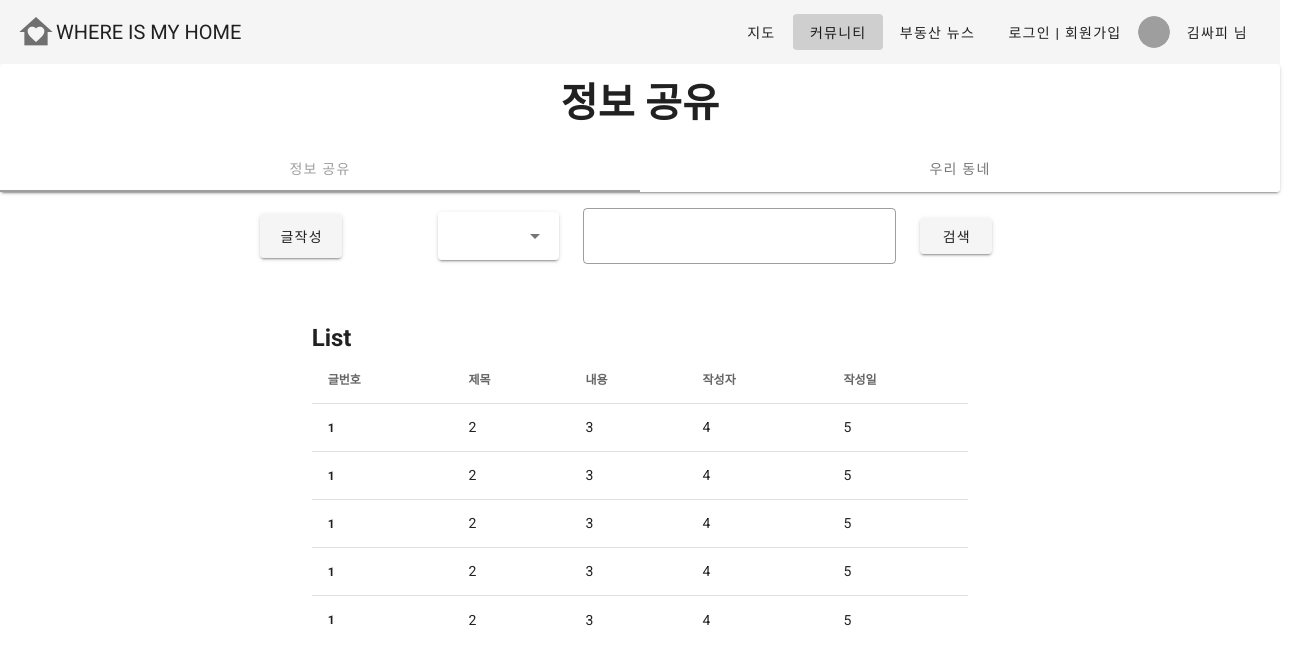
Repository: misso88/vue-whereIsMyHome
Page: /community/list
The author's editor kept a copy of each file at every save. The page is drawn from the files as they stood at one save, then again after the next save.
The browser window is 1280 px wide. The page is 1292 px wide, so the pictures cover 1292 px, including what lies to the right of the window. The pictures show the whole page.
Pictures or frames that could not be fetched are drawn as grey boxes. The project was rebuilt for these pictures with package versions that can differ from the ones it lists, and the page was loaded fresh each time. Also part of the build but not shown: vue.config.js, src/components/house/map/filter/LocationSelect.vue, src/components/house/HouseSearch.vue, src/views/AppMain.vue, src/components/house/sidebar/HouseListItem.vue, src/components/house/sidebar/HouseList.vue, src/components/house/sidebar/HouseListFilter.vue, src/components/house/sidebar/HouseSidebar.vue and 3 more. Imported but missing from the stored project, and not drawn on this page: src/assets/main.mp4.

Above is the page before, as saved 2022-11-17 17:30:59.

After the next save:
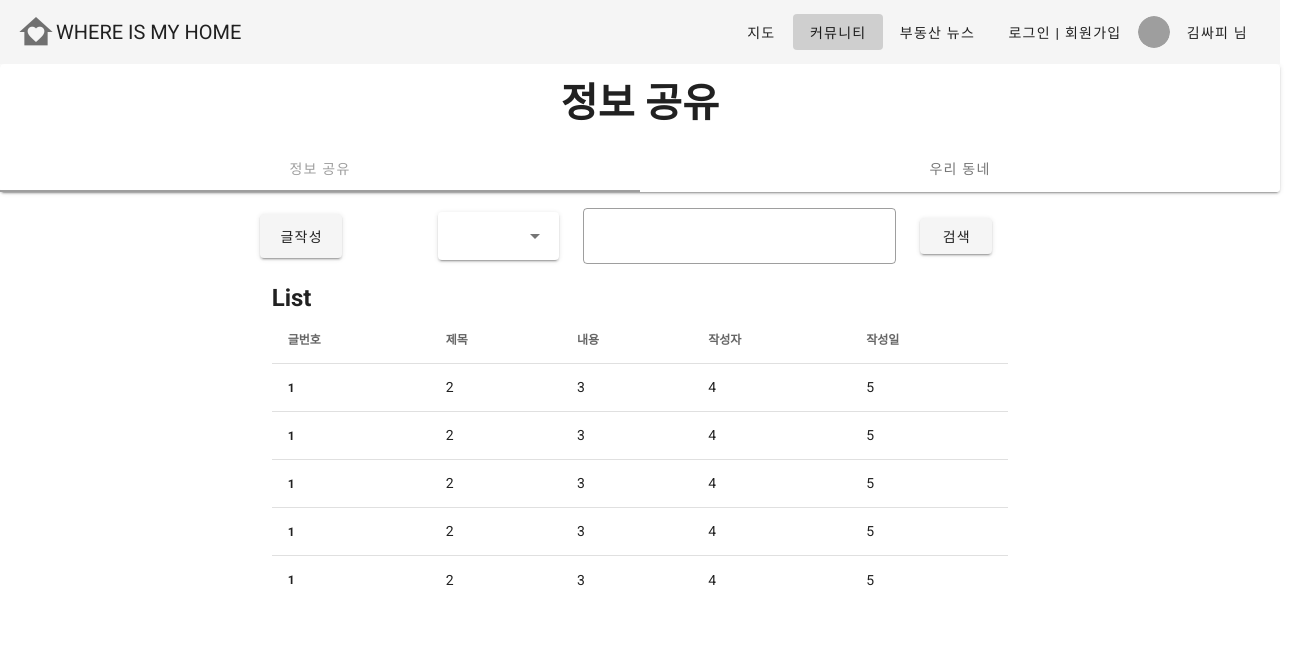
Saved 20 s later.
--- a/src/components/board/BoardList.vue
+++ b/src/components/board/BoardList.vue
@@ -1,5 +1,5 @@
 <template>
-<div class="ma-10">
+<div>
     <h2>List {{ getTab }}</h2>
     <v-simple-table>
         <thead>
